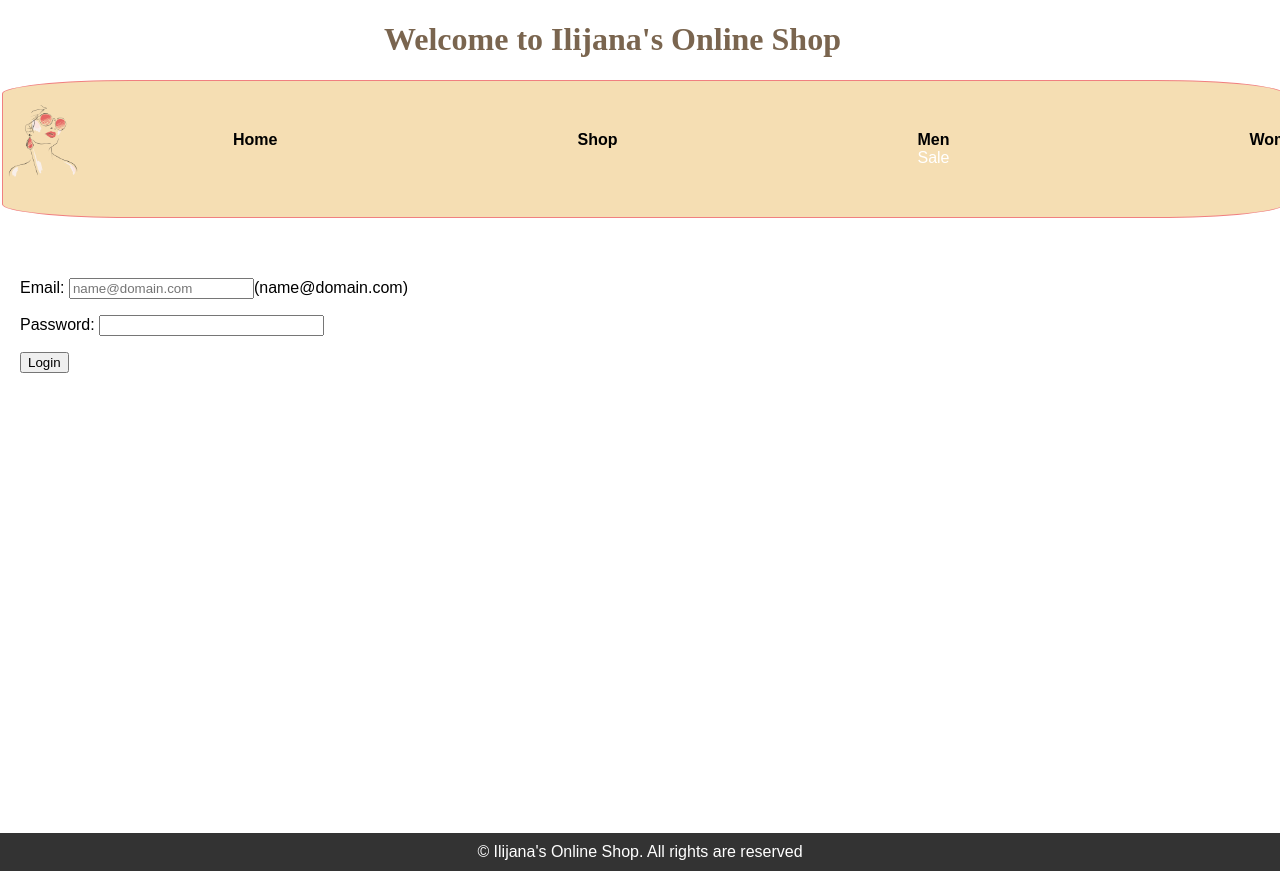
Repository: ilijana123/Proekt1
Page: html.html
The author's editor kept a copy of each file at every save. The page is drawn from the files as they stood at one save, then again after the next save.
The browser window is 1280 px wide. The pictures show the whole page.

Above is the page before, as saved 2023-11-13 01:55:39.

### html.html
<!DOCTYPE html>
<html>
    <head>

    <meta charset="utf-8">
    <title>Online shop</title>
    <link rel="stylesheet" type="text/css" href="1.css">
    <script src="script.js"></script>

    </head>

    <body>
    <header>
       <h1>Welcome to Ilijana's Online Shop</h1>
    </header>

    <nav>
        <div class="social-call">
        <div class="social">
            <a href="#"><i class="fab fa-facebook-f"></i></a>
            <a href="#"><i class="fab fa-twitter"></i></a>
            <a href="#"><i class="fab fa-youtube"></i></a>
            <a href="#"><i class="fab fa-instagram"></i></a>
        </div>
        </div>
        <div class="navigation">
            <a href="#" class="logo"><img src="logo.png"></a>
            <div class="toggle"></div>
            <ul class="menu">
            <li><a href="#">Home</a></li>
            <li  class="shop"><a href="#" >Shop</a></li>
            <li><a href="#">Men</a>
                <span class="sale-lable">Sale</span>
            </li>
            <li><a href="#">Women</a></li>
            <li><a href="#">Kids</a></li>
            </ul>
            <div class="right-menu">
            <a href="javascript:void(0);" class="search">
                <i class="fas fa-search"></i>
            </a>
            <a href="javascript:void(0);" class="user">
                <i class="far fa-user"></i>
            </a>
            <a href="#">
                <i class="fas fa-shopping-cart">
                    <span class="num-cart-product">0</span>
                </i>
            </a>
            </div>
        </div>
    </nav>

       <section id="home">
            <h2>Home</h2>
            <p>Opis</p>
        </section>

        <section id="contact">
            <form method="post" autocomplete="on">
                <p><label>Email:
                    <input type="email" id="email"
                        placeholder="name@domain.com"/>(name@domain.com)
                </label></p>
                <p><label>Password:
                    <input type="password" id="password" size="25"
                        placeholder=""/>
                </label></p>
                <button onclick="btnClicked()">Login</button>
            </form>
       </section>

       <section id="category1"></section>
       <section id="category2"></section>
       <section id="category3"></section>
       <section id="instagram"></section>
      <section id="survey">
      </section>
      <section id="questionnaire">
      </section>
      <section id="contact">
      </section>
       <footer> &copy; Ilijana's Online Shop. All rights are reserved</footer>

    </body>
</html>

### 1.css
h1  {
     font-family: fantasy;
        color:rgb(122, 101, 79);
        position:relative;
        margin-left: 30%;
        text-decoration:double;
        text-decoration-color: aliceblue;
    }
    body
    {
        margin: 0;
        padding: 0;
        font-family: Arial, sans-serif;
    }
    .navigation
    {
        display:flex;
        justify-content: space-between;
        allign-items: center;
        background-color: wheat;
        margin:auto;
        position: fixed;
        color: white;
        padding:auto;
        left: 2px;
        right: 2px;
        width: 100%;
        z-index: 100;
        border: 1px solid rgba(0,0,0,03);
        border-radius: 10%;
        border-color: lightcoral;
    }
    nav ul
    {
        list-style-type: none;
        margin: 0;
        padding: 0;
        display: flex;
        margin-top: 50px;
        flex-direction: row;
    }

    nav ul li
    {
        display: block;
        margin-bottom: 50px;
        margin-right: 150px;
        margin-left:150px;
        text-shadow: #555;
    }
    section {
        padding: 20px;
        margin: 20px 0;
    }
    nav a {
        text-decoration:solid;
        color:black;
        font-weight: bold;

    }
    nav a:hover {
        color: #555;
    }

    footer {
        background-color: #333;
        color: white;
        text-align: center;
        padding: 10px;
    }
    .logo img
    {
        height: 80px;
        margin-top: 20px;
    }

### script.js
function btnClicked()
{
    document.location.href="html1.html";
}

After the next save:
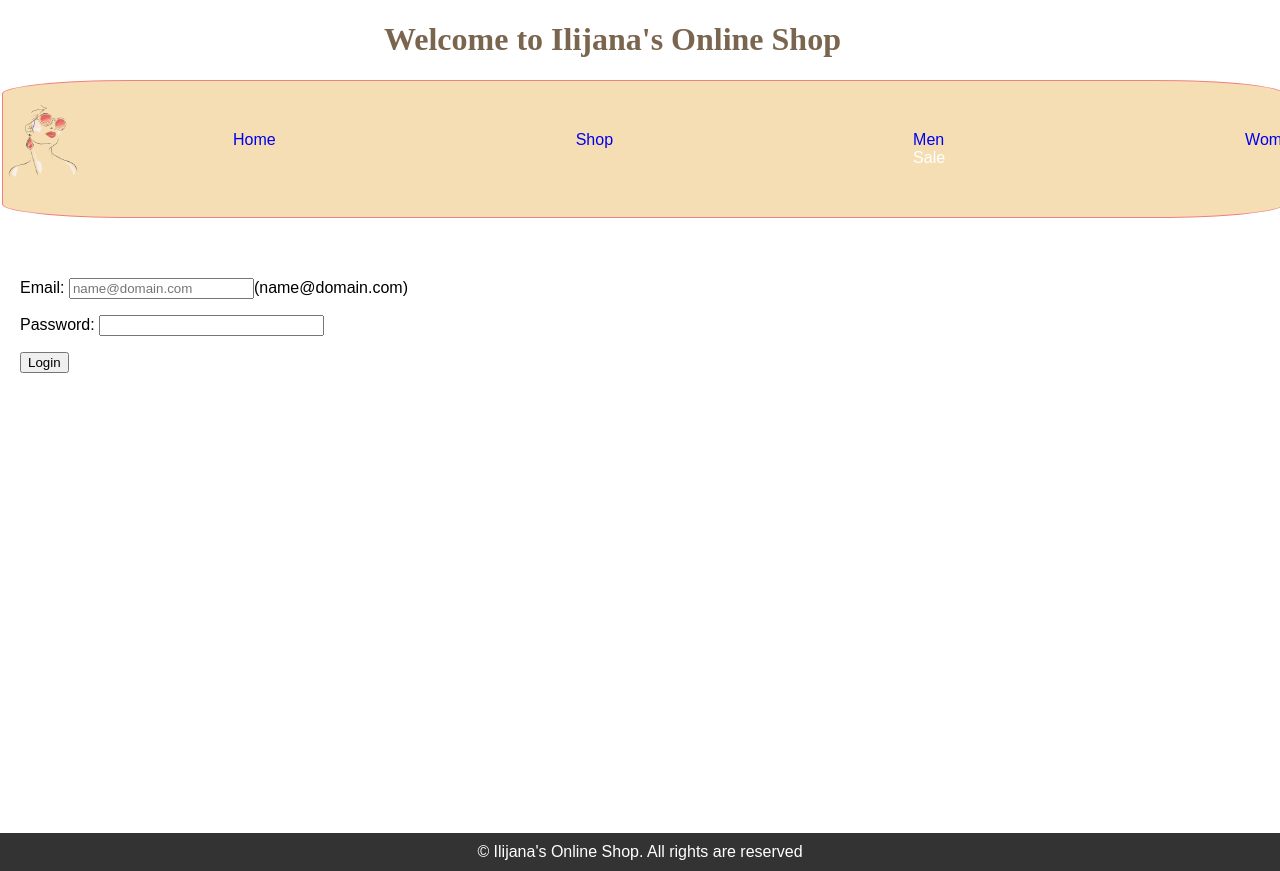
Saved 116 s later.
--- a/1.css
+++ b/1.css
@@ -39,23 +39,23 @@ h1  {
         margin-top: 50px;
         flex-direction: row;
     }
-
     nav ul li
     {
         display: block;
         margin-bottom: 50px;
         margin-right: 150px;
         margin-left:150px;
-        text-shadow: #555;
     }
     section {
         padding: 20px;
         margin: 20px 0;
     }
-    nav a {
+    nav a
+    {
         text-decoration:solid;
-        color:black;
+        color: wheat
         font-weight: bold;
+
 
     }
     nav a:hover {
